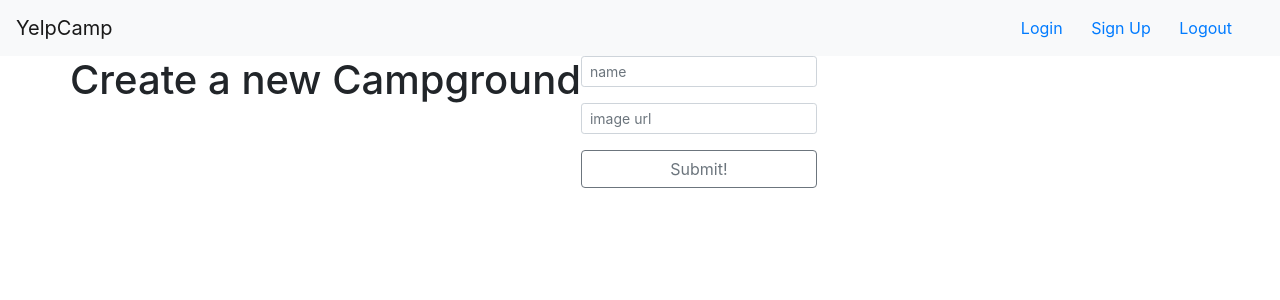
Repository: manojsatya/YelpCamp
Page: http://localhost/campgrounds/new
An editor plug-in stored every save of this project. The page is shown before and after the next save, followed by the edit.
The browser window is 1280 px wide. The pictures show the whole page.
The page is served by the project's Node server (app.js).

Above is the page before, as saved 2019-06-14 18:04:27.
Console error: TypeError: Cannot read properties of undefined (reading 'fn')

### views/new.ejs
<% include partials/header %>


<div class="container">
    <div class="row">
        <h1>Create a new Campground</h1>
        <form action="/campgrounds" method="POST">
            <div class="form-group">
                <input class="form-control form-control-sm" type="text" name="name" id="" placeholder="name">
            </div>
            <div class="form-group">
                <input class="form-control form-control-sm" type="text" name="image" id="" placeholder="image url">
            </div>
            <div class="form-group">
                <button class="btn btn-outline-secondary btn-block"> Submit!</button>
            </div>
        </form>
    </div>
</div>

<% include partials/footer %>

### views/partials/header.ejs
<!DOCTYPE html>
<html lang="en">
<head>
    <meta charset="UTF-8">
    <meta name="viewport" content="width=device-width, initial-scale=1.0">
    <meta http-equiv="X-UA-Compatible" content="ie=edge">
    <title>YelpCamp</title>
    <link rel="stylesheet" href="https://stackpath.bootstrapcdn.com/bootstrap/4.3.1/css/bootstrap.min.css">
</head>
<body>
        <nav class="navbar navbar-light bg-light">
                <a class = "navbar-brand" href="">YelpCamp</a>
                <div class="navbar-right mr-sm-2">
                    <a class = "mr-sm-4" href="">Login</a>
                    <a class = "mr-sm-4" href="">Sign Up</a>
                    <a class = "mr-sm-4" href="">Logout</a>
                </div>

            </nav>

        <script src="https://stackpath.bootstrapcdn.com/bootstrap/4.3.1/js/bootstrap.min.js"></script>

### app.js
var express = require("express");
var app = express();
var bodyParser = require("body-parser");

app.use(bodyParser.urlencoded({extended: true}));
app.set("view engine", "ejs");

var campgrounds = [
    {name: "Manoj Satya", image: "https://static.rootsrated.com/image/upload/s--_i1nqUT1--/t_rr_large_traditional/oy9xsbijv8wehnrzv0zt.jpg"},
    {name: "Shradha Shiv", image: "https://encrypted-tbn0.gstatic.com/images?q=tbn:ANd9GcQ5b9dOfcfle_RwfdPS21qwfn5kcQ_BfHuL4uoVApARc1INLCfp"},
    {name: "Meghana", image: "http://hudsonshope.ca/wp-content/uploads/2016/10/Inflatable-Boat.jpg"},
    {name: "Manoj Satya", image: "https://static.rootsrated.com/image/upload/s--_i1nqUT1--/t_rr_large_traditional/oy9xsbijv8wehnrzv0zt.jpg"},
    {name: "Shradha Shiv", image: "https://encrypted-tbn0.gstatic.com/images?q=tbn:ANd9GcQ5b9dOfcfle_RwfdPS21qwfn5kcQ_BfHuL4uoVApARc1INLCfp"},
    {name: "Meghana", image: "http://hudsonshope.ca/wp-content/uploads/2016/10/Inflatable-Boat.jpg"},
    {name: "Manoj Satya", image: "https://static.rootsrated.com/image/upload/s--_i1nqUT1--/t_rr_large_traditional/oy9xsbijv8wehnrzv0zt.jpg"},
    {name: "Shradha Shiv", image: "https://encrypted-tbn0.gstatic.com/images?q=tbn:ANd9GcQ5b9dOfcfle_RwfdPS21qwfn5kcQ_BfHuL4uoVApARc1INLCfp"},
    {name: "Meghana", image: "http://hudsonshope.ca/wp-content/uploads/2016/10/Inflatable-Boat.jpg"},
    {name: "Manoj Satya", image: "https://static.rootsrated.com/image/upload/s--_i1nqUT1--/t_rr_large_traditional/oy9xsbijv8wehnrzv0zt.jpg"},
    {name: "Shradha Shiv", image: "https://encrypted-tbn0.gstatic.com/images?q=tbn:ANd9GcQ5b9dOfcfle_RwfdPS21qwfn5kcQ_BfHuL4uoVApARc1INLCfp"},
    {name: "Meghana", image: "http://hudsonshope.ca/wp-content/uploads/2016/10/Inflatable-Boat.jpg"}
]

app.get("/", function(req, res){
    res.render("landing");
});

app.get("/campgrounds", function(req, res){
    res.render("campgrounds",{campgrounds:campgrounds});
});

app.post("/campgrounds", function(req, res){
    //get data from form and add to campground array
    var name = req.body.name;
    var image = req.body.image;
    var newCampground = {name: name, image: image};
    campgrounds.push(newCampground);
    //redirect back to campgrounds page
    res.redirect("/campgrounds");
});

app.get("/campgrounds/new", function(req, res){
    res.render("new.ejs");
});


app.listen(3000, function(){
    console.log("The YelpCamp Server has started");
});

Loaded but not shown: views/partials/footer.ejs (no stored copy; drawn as an empty file)

After the next save:
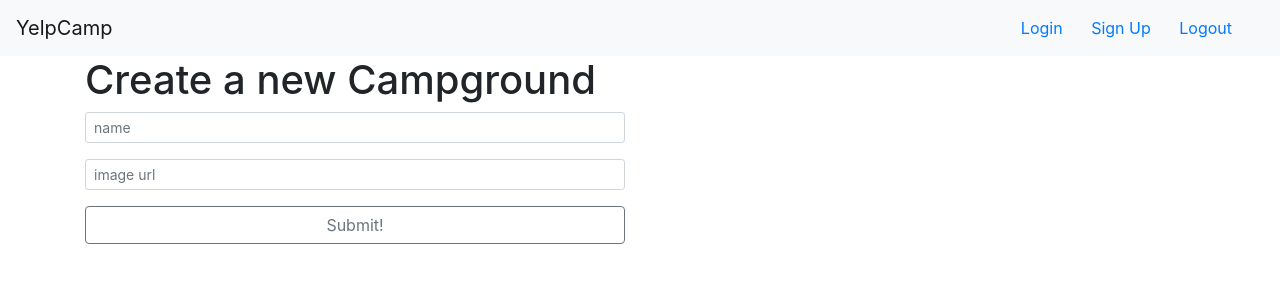
Saved 63 s later.
--- a/views/new.ejs
+++ b/views/new.ejs
@@ -3,18 +3,20 @@
 
 <div class="container">
     <div class="row">
-        <h1>Create a new Campground</h1>
-        <form action="/campgrounds" method="POST">
-            <div class="form-group">
-                <input class="form-control form-control-sm" type="text" name="name" id="" placeholder="name">
-            </div>
-            <div class="form-group">
-                <input class="form-control form-control-sm" type="text" name="image" id="" placeholder="image url">
-            </div>
-            <div class="form-group">
-                <button class="btn btn-outline-secondary btn-block"> Submit!</button>
-            </div>
-        </form>
+        <div class="col-md-3 col-lg-6">
+            <h1>Create a new Campground</h1>
+            <form action="/campgrounds" method="POST">
+                <div class="form-group">
+                    <input class="form-control form-control-sm" type="text" name="name" id="" placeholder="name">
+                </div>
+                <div class="form-group">
+                    <input class="form-control form-control-sm" type="text" name="image" id="" placeholder="image url">
+                </div>
+                <div class="form-group">
+                    <button class="btn btn-outline-secondary btn-block"> Submit!</button>
+                </div>
+            </form>
+        </div>
     </div>
 </div>
 
